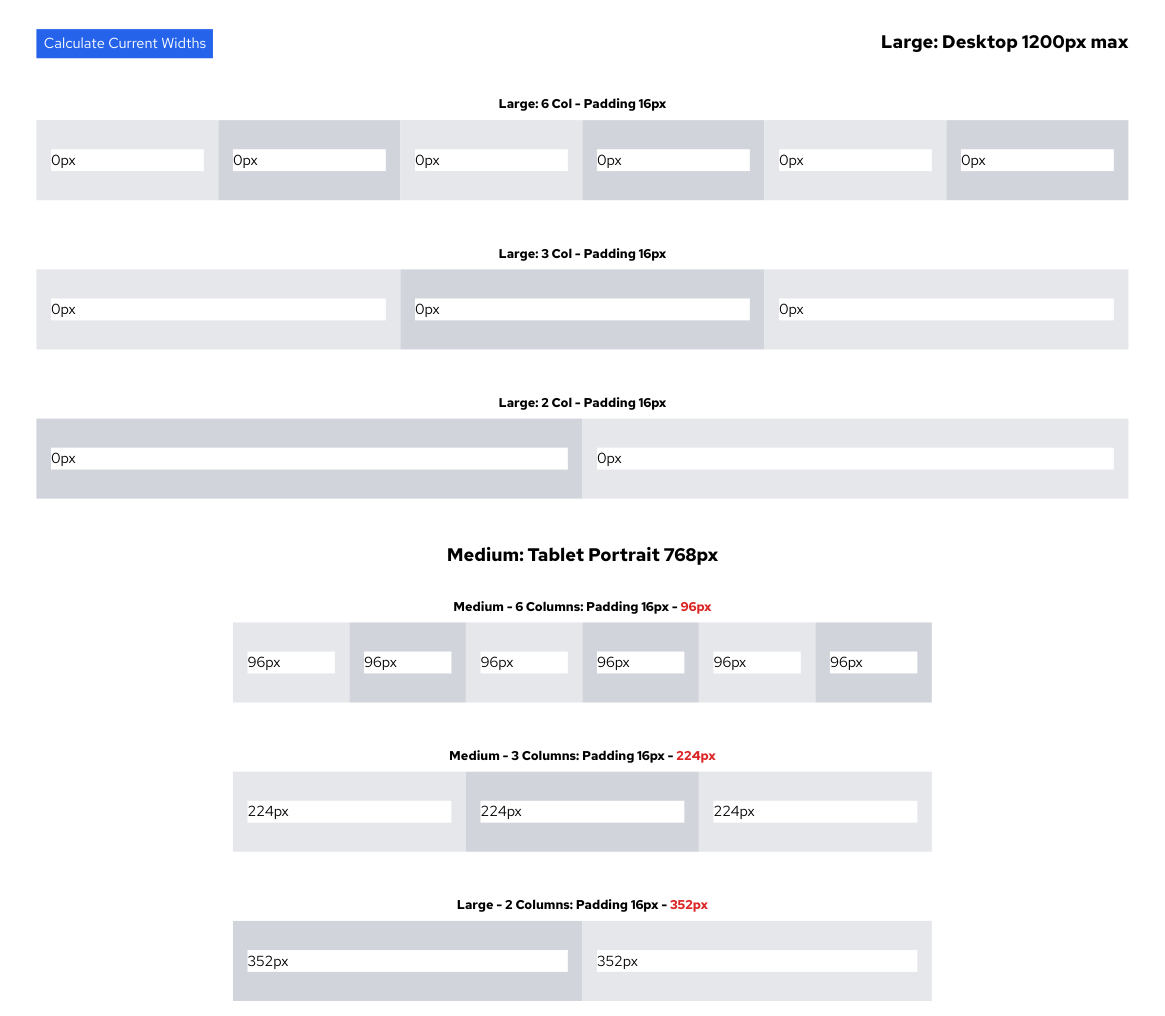
Repository: fabianwurk/vue-tailwind
Page: /
The author's editor kept a copy of each file at every save. The page is drawn from the files as they stood at one save, then again after the next save.
The browser window is 1280 px wide. The pictures show the whole page, at 91% of full size.
The project was rebuilt for these pictures with package versions that can differ from the ones it lists, and the page was loaded fresh each time. Also part of the build but not shown: vite.config.js.

Above is the page before, as saved 2021-03-16 22:12:42.

### index.html
<!DOCTYPE html>
<html lang="en">
  <head>
    <link rel="preconnect" href="https://fonts.gstatic.com">
<link href="https://fonts.googleapis.com/css2?family=Red+Hat+Text:wght@400;700&display=swap" rel="stylesheet">
    <meta charset="UTF-8" />
    <link rel="icon" href="/favicon.ico" />
    <meta name="viewport" content="width=device-width, initial-scale=1.0" />
    <title>Vite App</title>
  </head>
  <body>
    <div id="app"></div>
    <script type="module" src="/src/main.js"></script>
  </body>
</html>

### src/App.vue
<template>
  <Large />
  <Medium />
</template>

<script setup>
import Large from './components/Large.vue';
import Medium from './components/Medium.vue';

</script>

### src/index.css
/* ./src/index.css */
@tailwind base;

body {
  font-family: 'Red Hat Text', sans-serif;
}
@tailwind components;
@tailwind utilities;

### src/components/Large.vue
<template>
  <div class="container mx-auto">
  <div class="flex justify-between">
    <button class="bg-blue-600 text-white px-2 py-1 mt-8 mb-2" @click="calculateWidth()">Calculate Current Widths</button>
    <h1 class="text-xl font-bold mb-2 mt-8 text-center">Large: Desktop 1200px max</h1>
  </div>
  <div class="container mx-auto">
    <h2 class="text-sm font-bold mb-2 mt-8 text-center">Large: 6 Col - Padding 16px</h2>
    <div class="flex items-center">
      <div class="w-1/6 bg-gray-200 mb-4 mt-0 py-8 px-4">
        <span class="bg-white w-full block" ref="app6">{{width6}}px</span>
      </div>
      <div class="w-1/6 bg-gray-300 mb-4 mt-0 py-8 px-4">
        <span class="bg-white w-full block" ref="app6">{{width6}}px</span>
      </div>
      <div class="w-1/6 bg-gray-200 mb-4 mt-0 py-8 px-4">
        <span class="bg-white w-full block" ref="app6">{{width6}}px</span>
      </div>
      <div class="w-1/6 bg-gray-300 mb-4 mt-0 py-8 px-4">
        <span class="bg-white w-full block" ref="app6">{{width6}}px</span>
      </div>
      <div class="w-1/6 bg-gray-200 mb-4 mt-0 py-8 px-4">
        <span class="bg-white w-full block" ref="app6">{{width6}}px</span>
      </div>
      <div class="w-1/6 bg-gray-300 mb-4 mt-0 py-8 px-4">
        <span class="bg-white w-full block" ref="app6">{{width6}}px</span>
      </div>
    </div>
  </div>

  <div class="container mx-auto">
    <h2 class="text-sm font-bold mb-2 mt-8 text-center">Large: 3 Col - Padding 16px</h2>
    <div class="flex items-center">
      <div class="w-1/3 bg-gray-200 mb-4 mt-0 py-8 px-4">
        <span class="bg-white w-full block" ref="app3">{{width3}}px</span>
      </div>
      <div class="w-1/3 bg-gray-300 mb-4 mt-0 py-8 px-4">
        <span class="bg-white w-full block" ref="app3">{{width3}}px</span>
      </div>
      <div class="w-1/3 bg-gray-200 mb-4 mt-0 py-8 px-4">
        <span class="bg-white w-full block" ref="app3">{{width3}}px</span>
      </div>
    </div>
  </div>

  <div class="container mx-auto">
    <h2 class="text-sm font-bold mb-2 mt-8 text-center">Large: 2 Col - Padding 16px</h2>
    <div class="flex items-center">
      <div class="w-1/2 bg-gray-300 mb-4 mt-0 py-8 px-4">
        <span class="bg-white w-full block" ref="app2">{{width2}}px</span>
      </div>
      <div class="w-1/2 bg-gray-200 mb-4 mt-0 py-8 px-4">
        <span class="bg-white w-full block" ref="app2">{{width2}}px</span>
      </div>
    </div>
  </div>

  </div>
</template>

<script>
export default {
  data() {
    return {
      width6: 0,
      width3: 0,
      width2: 0,
    };
  },
  methods: {
    calculateWidth() {
      this.width6 = this.$refs.app6.clientWidth;
      this.width3 = this.$refs.app3.clientWidth;
      this.width2 = this.$refs.app2.clientWidth;
    }
  }
}
</script>

### src/components/Medium.vue
<template>
  <div>
  <h1 class="text-xl font-bold mb-2 mt-8 text-center">Medium: Tablet Portrait 768px</h1>
  <div class="max-w-3xl mx-auto">
    <h2 class="text-sm font-bold mb-2 mt-8 text-center">Medium - 6 Columns: Padding 16px - <span class="text-red-600">{{ sixColMd }}</span></h2>
    <div class="flex items-center">
      <div class="w-1/6 bg-gray-200 mb-4 mt-0 py-8 px-4">
        <span class="bg-white w-full block">{{ sixColMd }}</span>
      </div>
      <div class="w-1/6 bg-gray-300 mb-4 mt-0 py-8 px-4">
        <span class="bg-white w-full block">{{ sixColMd }}</span>
      </div>
      <div class="w-1/6 bg-gray-200 mb-4 mt-0 py-8 px-4">
        <span class="bg-white w-full block">{{ sixColMd }}</span>
      </div>
      <div class="w-1/6 bg-gray-300 mb-4 mt-0 py-8 px-4">
        <span class="bg-white w-full block">{{ sixColMd }}</span>
      </div>
      <div class="w-1/6 bg-gray-200 mb-4 mt-0 py-8 px-4">
        <span class="bg-white w-full block">{{ sixColMd }}</span>
      </div>
      <div class="w-1/6 bg-gray-300 mb-4 mt-0 py-8 px-4">
        <span class="bg-white w-full block">{{ sixColMd }}</span>
      </div>
    </div>
  </div>

  <div class="max-w-3xl mx-auto">
    <h2 class="text-sm font-bold mb-2 mt-8 text-center">Medium - 3 Columns: Padding 16px - <span class="text-red-600">{{ threeColMd }}</span></h2>
    <div class="flex items-center">
      <div class="w-1/3 bg-gray-200 mb-4 mt-0 py-8 px-4">
        <span class="bg-white w-full block">{{ threeColMd }}</span>
      </div>
      <div class="w-1/3 bg-gray-300 mb-4 mt-0 py-8 px-4">
        <span class="bg-white w-full block">{{ threeColMd }}</span>
      </div>
      <div class="w-1/3 bg-gray-200 mb-4 mt-0 py-8 px-4">
        <span class="bg-white w-full block">{{ threeColMd }}</span>
      </div>
    </div>
  </div>

  <div class="max-w-3xl mx-auto">
    <h2 class="text-sm font-bold mb-2 mt-8 text-center">Large - 2 Columns: Padding 16px - <span class="text-red-600">{{ twoColMd }}</span></h2>
    <div class="flex items-center">
      <div class="w-1/2 bg-gray-300 mb-4 mt-0 py-8 px-4">
        <span class="bg-white w-full block">{{ twoColMd }}</span>
      </div>
      <div class="w-1/2 bg-gray-200 mb-4 mt-0 py-8 px-4">
        <span class="bg-white w-full block">{{ twoColMd }}</span>
      </div>
    </div>
  </div>

  </div>
</template>

<script>
export default {
  data() {
    return {
      sixColMd: "96px",
      threeColMd: "224px",
      twoColMd: "352px",
    };
  },
}
</script>

### tailwind.config.js
module.exports = {
  purge: ['./index.html', './src/**/*.{vue,js,ts,jsx,tsx}'],
  darkMode: false, // or 'media' or 'class'
  theme: {
    extend: {
      container: {
        'md': {'max': '768px'},
      },
      screens: {
        'xl': {'min': '1200px', 'max': '1280px'},
        '2xl': {'max': '1280px'},
      },
    },
  },
  variants: {
    extend: {},
  },
  plugins: [],
}

Loaded but not shown: src/main.js (common file)

After the next save:
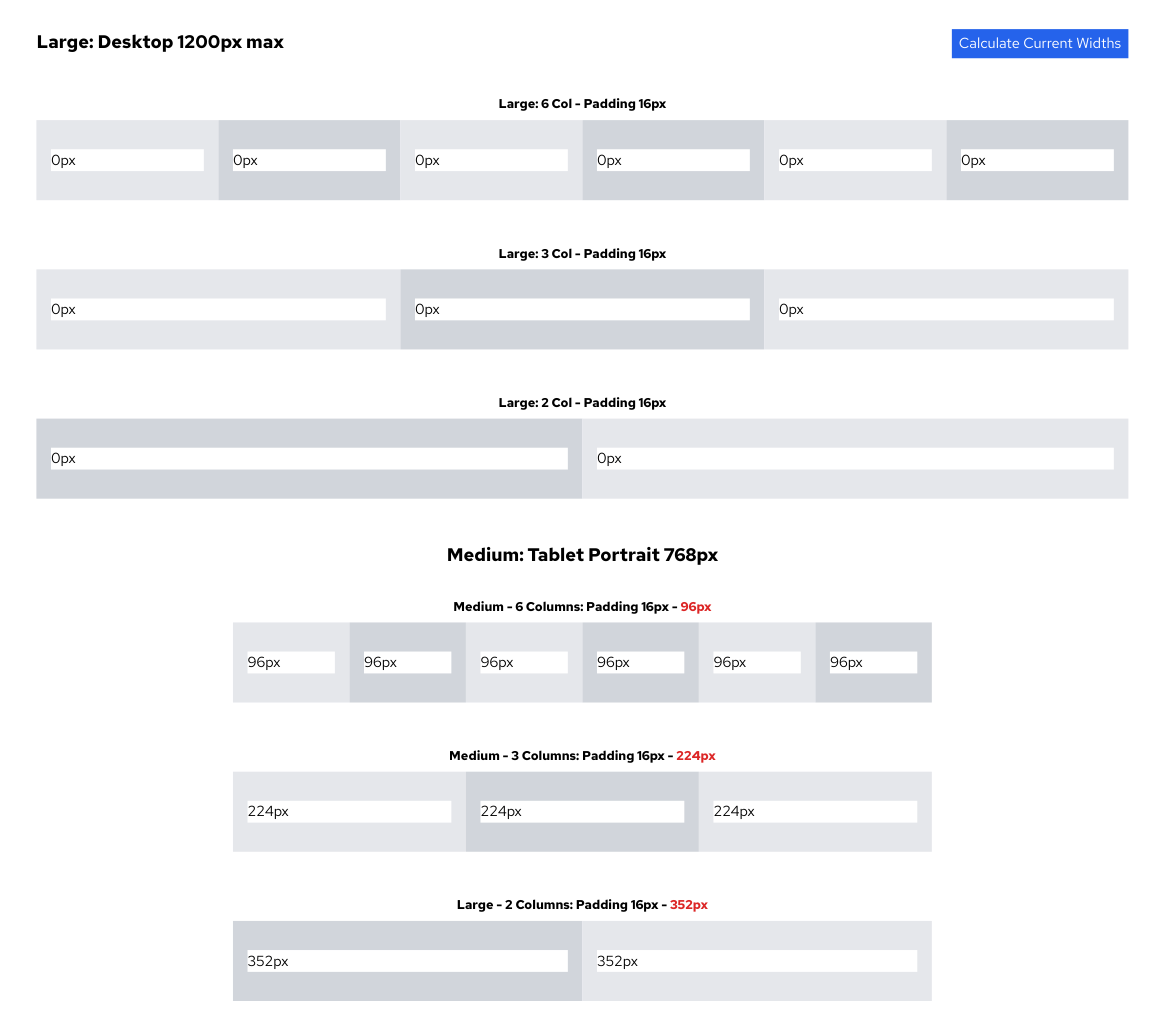
Saved 11 s later.
--- a/src/components/Large.vue
+++ b/src/components/Large.vue
@@ -1,8 +1,8 @@
 <template>
   <div class="container mx-auto">
   <div class="flex justify-between">
+    <h1 class="text-xl font-bold mb-2 mt-8 text-center">Large: Desktop 1200px max</h1>
     <button class="bg-blue-600 text-white px-2 py-1 mt-8 mb-2" @click="calculateWidth()">Calculate Current Widths</button>
-    <h1 class="text-xl font-bold mb-2 mt-8 text-center">Large: Desktop 1200px max</h1>
   </div>
   <div class="container mx-auto">
     <h2 class="text-sm font-bold mb-2 mt-8 text-center">Large: 6 Col - Padding 16px</h2>
